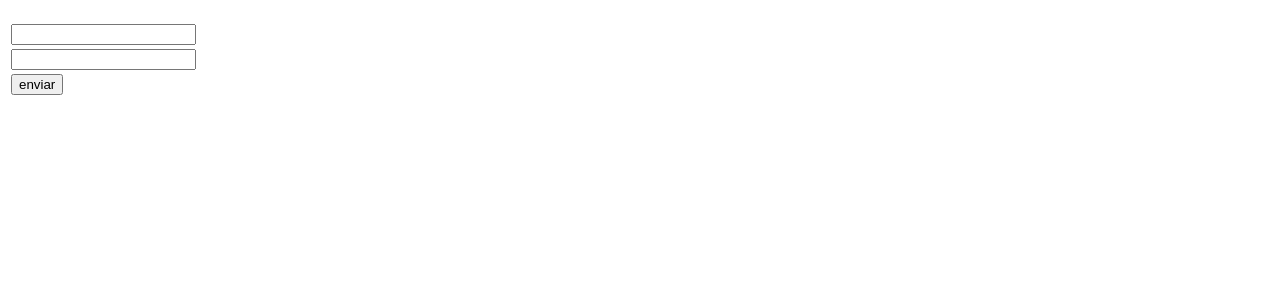
Repository: DaniloSanna/JavaEE
Page: http://localhost/Basic_HTML/
The author's editor kept a copy of each file at every save. The page is drawn from the files as they stood at one save, then again after a run of saves.
The browser window is 1280 px wide. The pictures show the whole page.
The page is served by Tomcat 10. Other server files are loaded and not shown.

Above is the page before, as saved 2021-12-07 13:10:23.

### Basic_HTML/src/main/webapp/index.jsp
<%@ page language="java" contentType="text/html; charset=ISO-8859-1"
	pageEncoding="ISO-8859-1"%>
<!DOCTYPE html>
<html>
<head>
<meta charset="ISO-8859-1">
<title>Basic Java HTML</title>
</head>
<body>

<form action="ServLetLogin" method="post">
<table>

<tr>
	<td><input name="login" type="text"></td>
</tr>
<tr>
	<td><input name="pass" type="password"></td>
</tr>
<tr>
	<td><input type="submit" value="enviar"></td>
</tr>
	<h4>${msg}</h4>
</table>
</form>

</body>
</html>

After the next 2 saves:
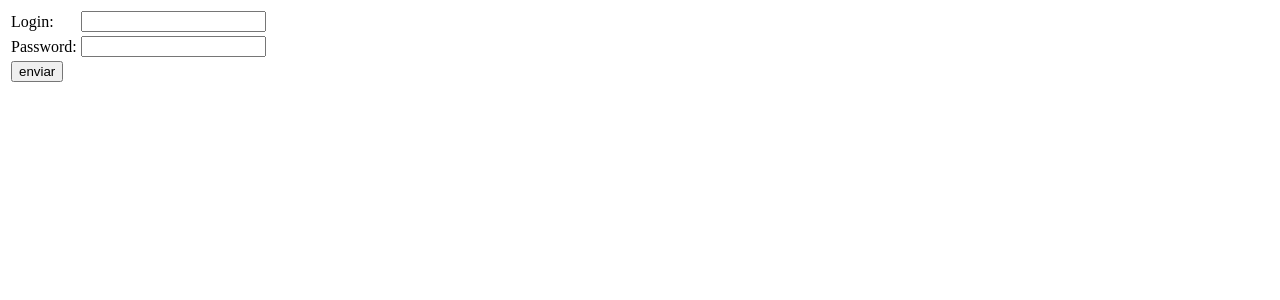
The 2 saves are shown as one change because they came seconds apart.
The last was saved 81 s later.
--- a/Basic_HTML/src/main/webapp/index.jsp
+++ b/Basic_HTML/src/main/webapp/index.jsp
@@ -8,21 +8,23 @@
 </head>
 <body>
 
-<form action="ServLetLogin" method="post">
-<table>
-
-<tr>
-	<td><input name="login" type="text"></td>
-</tr>
-<tr>
-	<td><input name="pass" type="password"></td>
-</tr>
-<tr>
-	<td><input type="submit" value="enviar"></td>
-</tr>
-	<h4>${msg}</h4>
-</table>
-</form>
-
+	<form action="ServLetLogin" method="post">
+		<table>
+			<tr>
+				<td>Login:</td>
+				<td><input name="login" type="text"></td>
+			</tr>
+			<tr>
+				<td>Password:</td>
+				<td><input name="pass" type="password"></td>
+			</tr>
+			<tr>
+				<td colspan="2"><input type="submit" value="enviar"></td>
+			</tr>
+			<tr>
+				<td colspan="2"><h4>${msg}</h4></td>
+			</tr>
+		</table>
+	</form>
 </body>
 </html>
